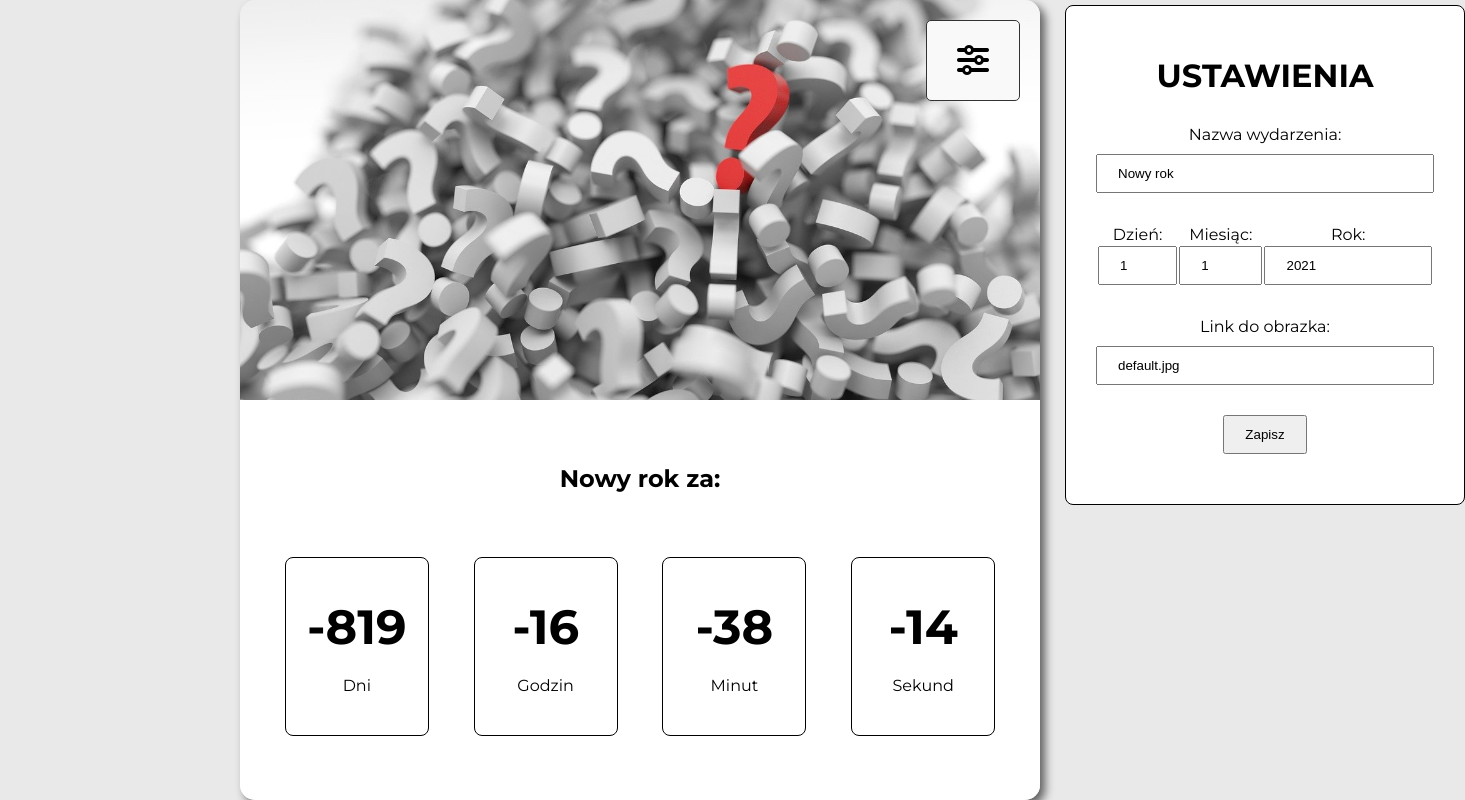
Repository: kimi1723/Countdown-timer
Page: index.html
These files come from the project's save history. The page is drawn as it stood at one moment and after the next save; the edit follows.
The browser window is 1280 px wide. The page is 1465 px wide, then 1280 px, so the pictures cover 1465 px, including what lies to the right of the window. The pictures show the whole page.
Some web libraries are served in a nearby version.

Above is the page before, as saved 2023-03-30 23:18:08.

After the next save:
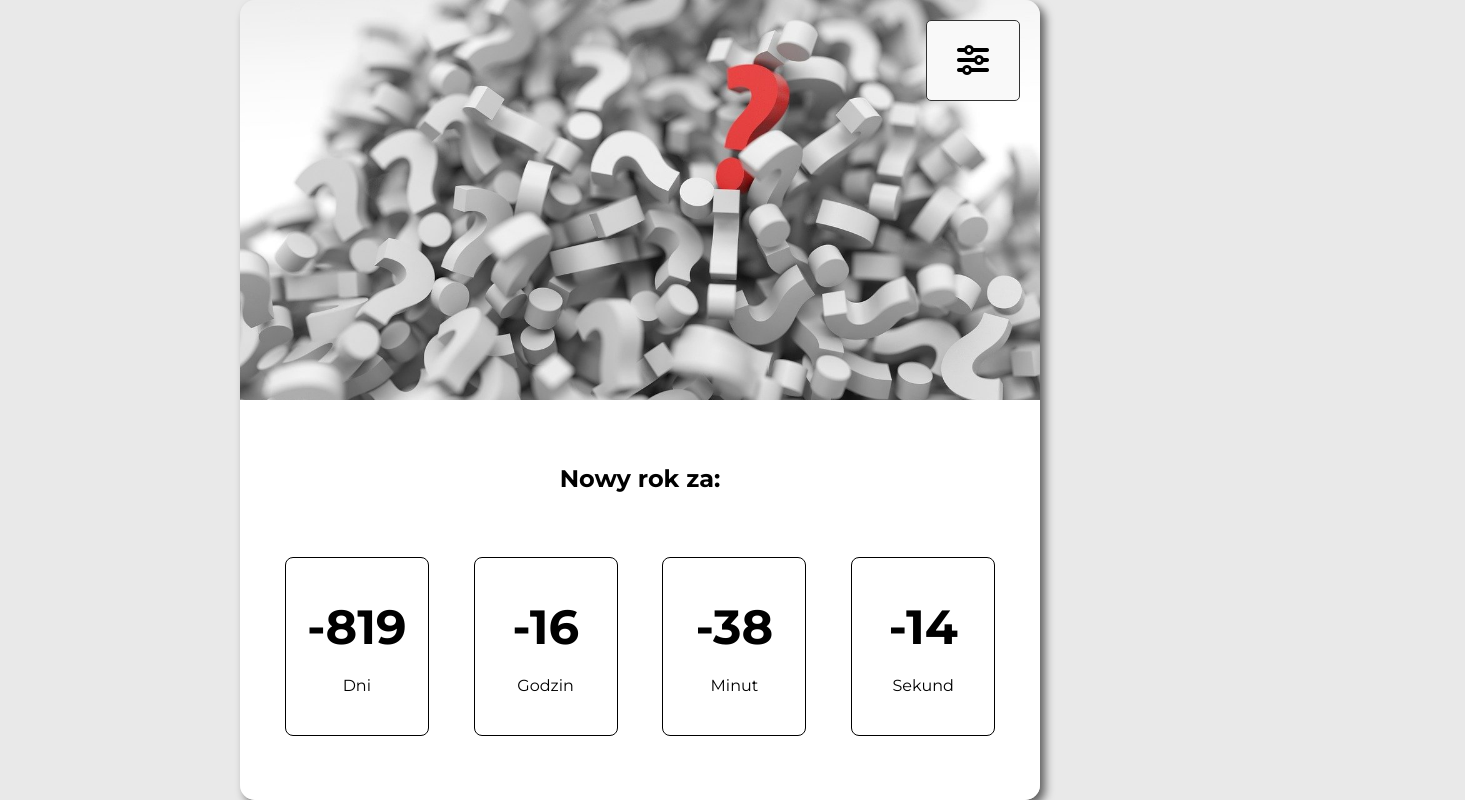
Saved 7 min 6 s later.
--- a/index.html
+++ b/index.html
@@ -18,7 +18,7 @@
 
     <div class="counter-app">
 
-        <div class="settings active">
+        <div class="settings">
             <h1>ustawienia</h1>
             <label for="event-name">Nazwa wydarzenia:</label>
             <input type="text" id="event-name" value="Nowy rok">
